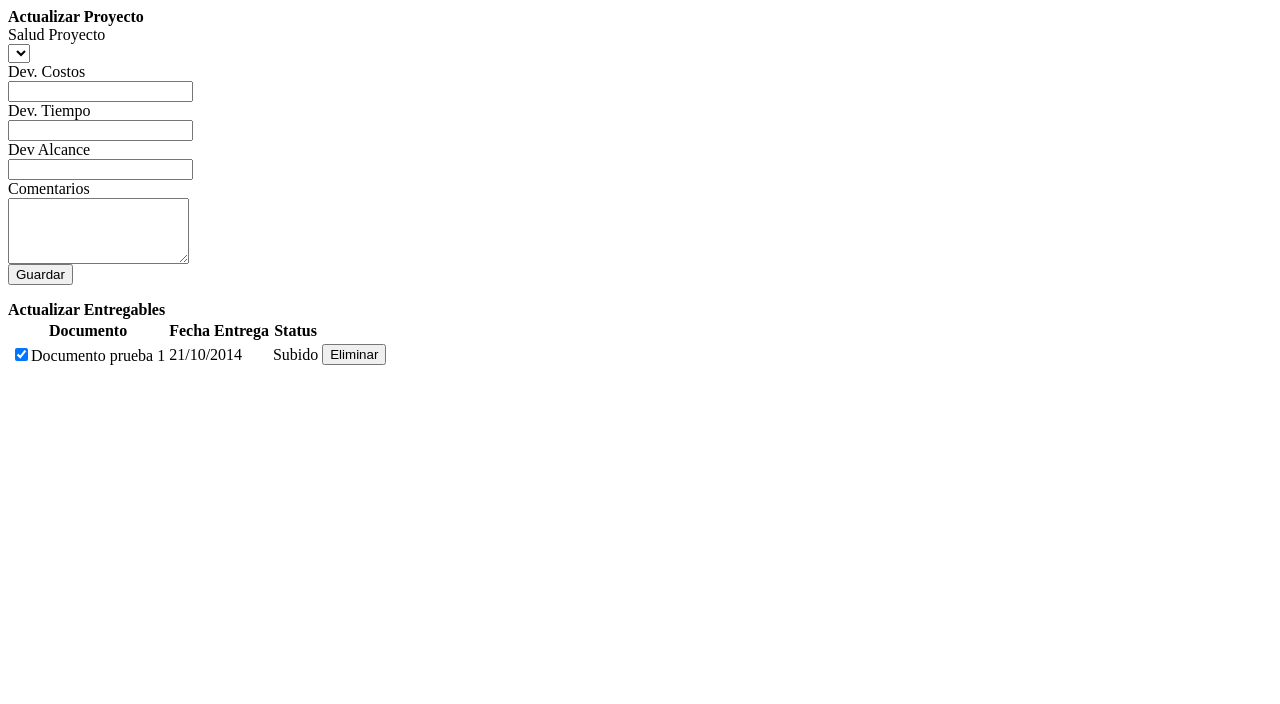
Repository: kailIII/Gestion
Page: client/app/actualizarProyecto/actualizarProyecto.html
The author's editor kept a record of every edit. The page is drawn from the files as they stood at one moment, then again after the next edit.
The browser window is 1280 px wide. The pictures show the whole page.

Above is the page before.

After the next edit:
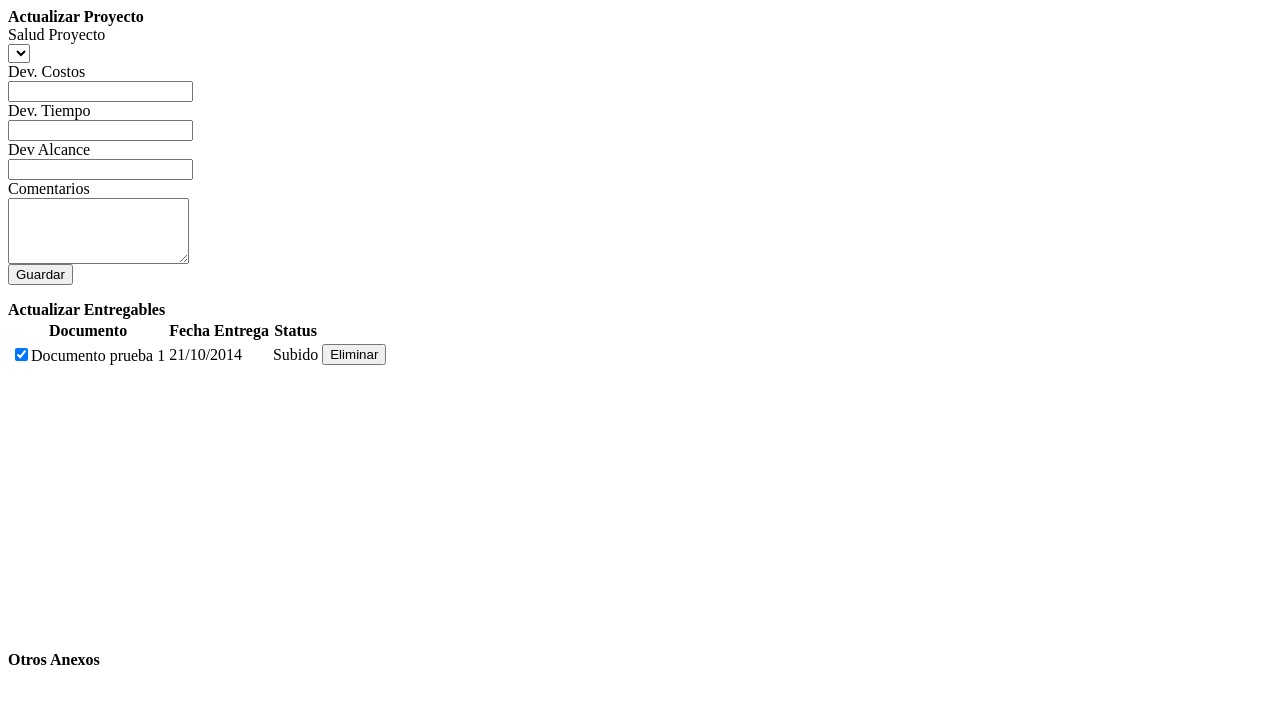
The edit:
--- a/client/app/actualizarProyecto/actualizarProyecto.html
+++ b/client/app/actualizarProyecto/actualizarProyecto.html
@@ -97,8 +97,9 @@
    </div>
   </div>
    <div class="row">
-     <div  class="col-lg-5">
+     <div  class="col-lg-12">
   <div class="panel panel-default">
+  <div class="panel-heading"><strong><span class="glyphicon glyphicon-th"></span>Otros Anexos </strong></div>
   </div>
   </div>
 
